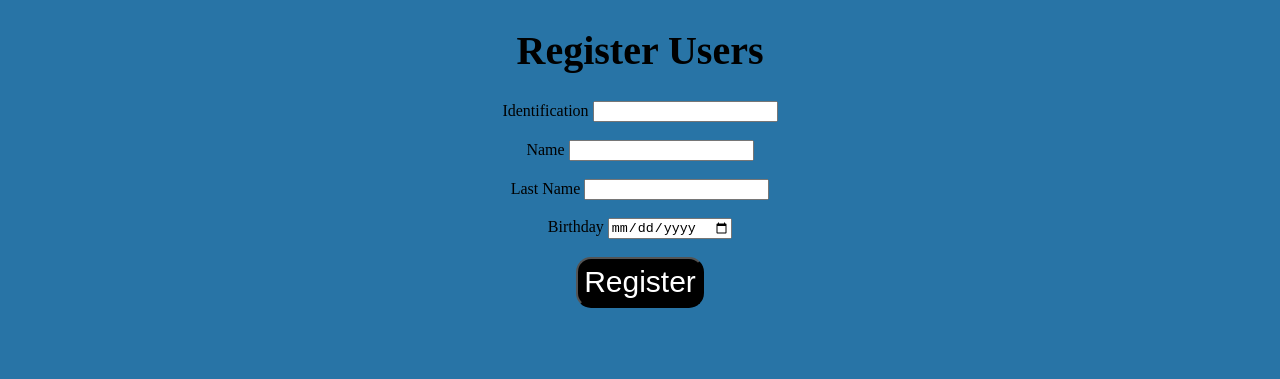
Repository: Grupo7cloud/app-cym-7
Page: templates/register.html
The author's editor kept a record of every edit. The page is drawn from the files as they stood at one moment, then again after the next edit.
The browser window is 1280 px wide. The pictures show the whole page.

Above is the page before.

After the next edit:
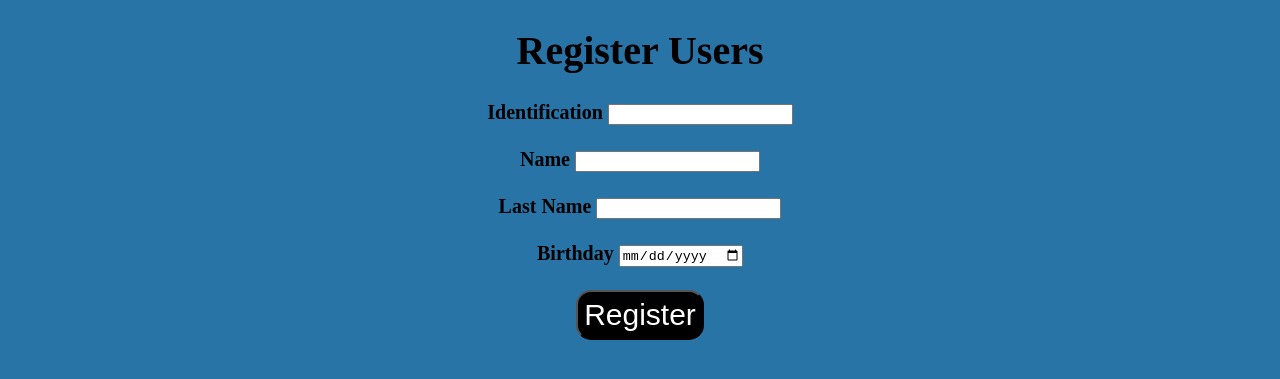
The edit:
--- a/templates/register.html
+++ b/templates/register.html
@@ -8,6 +8,7 @@
     </head>
     <body>
         <h1>Register Users</h1>
+        <h2>
         <form action="/register_user" method="post">
             <label>Identification</label> <input type="number" name="id"/> <br> <br>
             <label>Name</label> <input type="text" name="Name" /> <br> <br>
